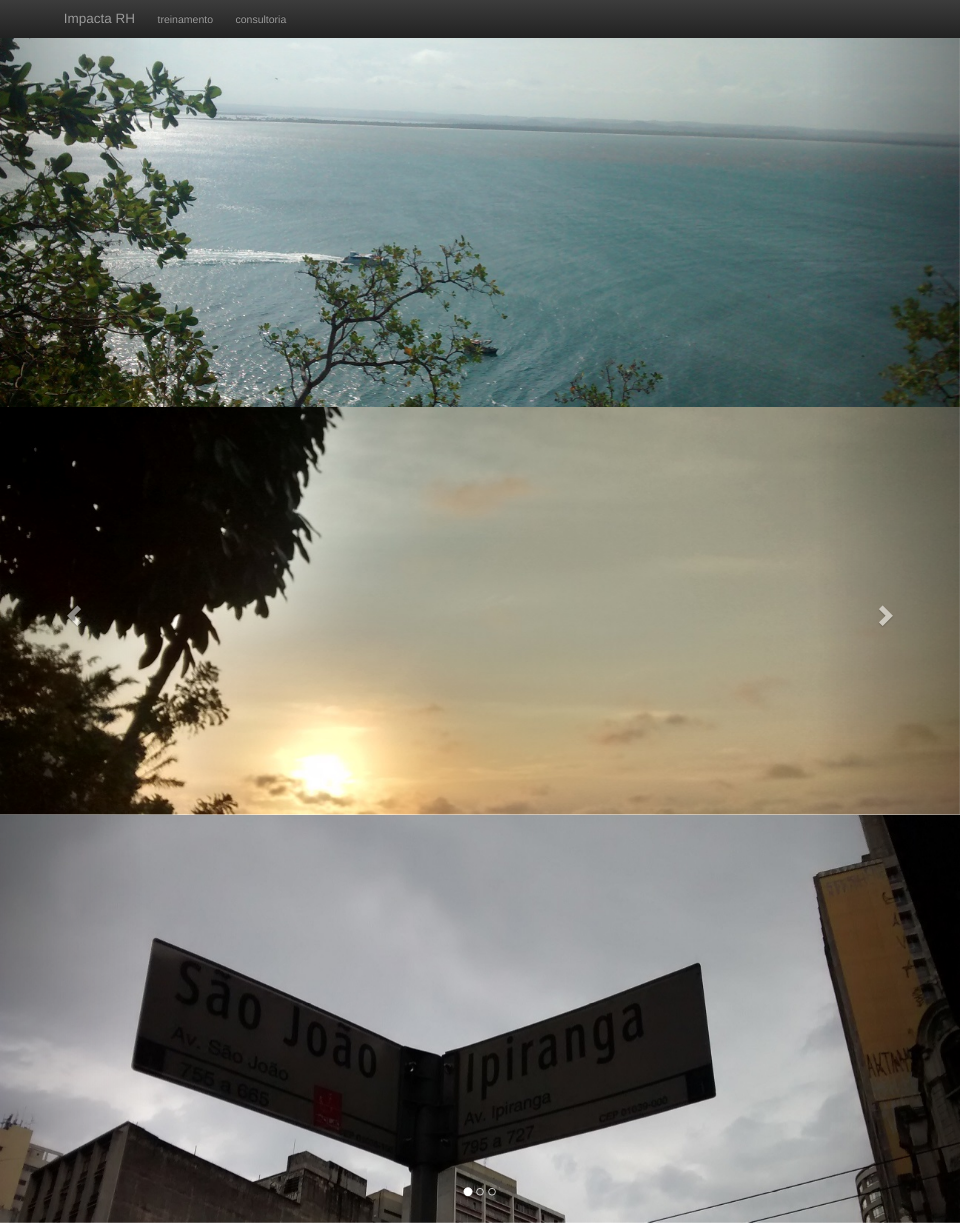
Repository: NicholasMaestrello/treinamento-impacta
Page: DesenvolvimentoJava/Modulo06/02_EmpresaRH/WebContent/produtos.html
The author's editor kept a copy of each file at every save. The page is drawn from the files as they stood at one save, then again after the next save.
The browser window is 1280 px wide. The page is 1295 px wide, so the pictures cover 1295 px, including what lies to the right of the window. The pictures show the whole page, at 75% of full size.
Some web libraries are served in a nearby version.

Above is the page before, as saved 2017-10-20 17:18:45.

After the next save:
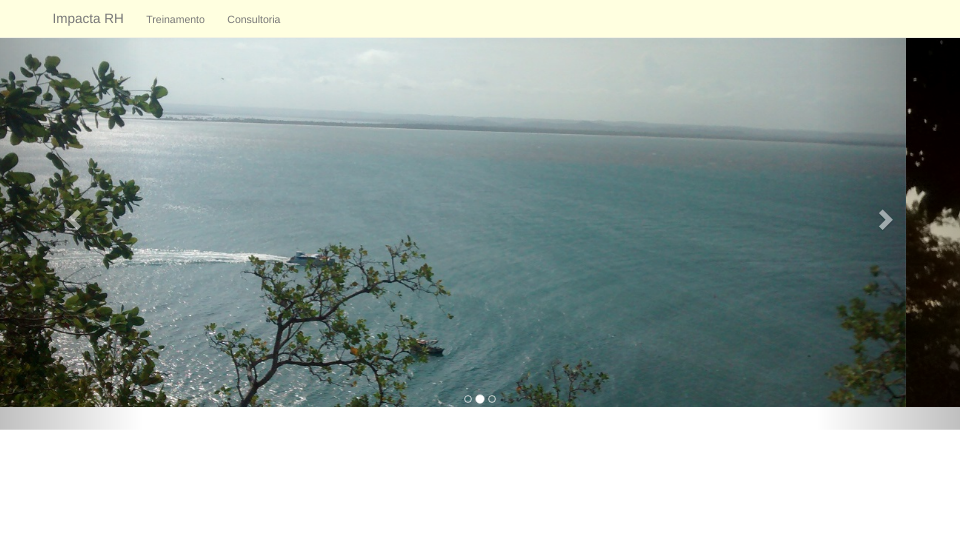
Saved 26 s later.
--- a/DesenvolvimentoJava/Modulo06/02_EmpresaRH/WebContent/produtos.html
+++ b/DesenvolvimentoJava/Modulo06/02_EmpresaRH/WebContent/produtos.html
@@ -1,70 +1,76 @@
 <!DOCTYPE html>
 <html>
 <head>
-<meta charset="UTF-8" />
-<meta name="viewport" content="width=device-width, initial-scale=1.0" />
-<title>Apresentação dos produtos</title>
-
-<link rel="stylesheet"
-	href="https://maxcdn.bootstrapcdn.com/bootstrap/3.3.7/css/bootstrap.min.css">
-<link rel="stylesheet"
-	href="https://maxcdn.bootstrapcdn.com/bootstrap/3.3.7/css/bootstrap-theme.min.css">
+<meta charset=UTF-8>
+<meta name="viewport" content="width=device-width, initial-scale=1.0">
+<title>Apresentação dos Produtos</title>
+<link rel="stylesheet" href="https://maxcdn.bootstrapcdn.com/bootstrap/3.3.7/css/bootstrap.min.css" >
 <link rel="stylesheet" href="css/produtos.css">
 </head>
 <body>
-
-	<div class="nabar navbar-inverse navbar-fixed-top">
+	<nav class="navbar navbar-default navbar-fixed-top" style="background-color: lightyellow;;">
 		<div class="container">
 			<div class="navbar-header">
-				<button type="button" class="navbar-toggle" data-toggle="collapse" data-target=".navbar-collapse" >
-					<span class="icon-bar"></span>
-					<span class="icon-bar"></span>
-					<span class="icon-bar"></span>
+				<button type="button" class="navbar-toggle"
+				 data-toggle="collapse"
+				 data-target=".navbar-collapse">
+				 <span class="icon-bar"></span>
+				 <span class="icon-bar"></span>
+				 <span class="icon-bar"></span>
 				</button>
 				<a class="navbar-brand" href="#">Impacta RH</a>
 			</div>
+
 			<div class="navbar-collapse collapse">
 				<ul class="nav navbar-nav">
-					<li><a href="#treinamento">treinamento</a></li>
-					<li><a href="#consultoria">consultoria</a></li>
+					<li><a href="#treinamento">Treinamento</a></li>
+					<li><a href="#consultoria">Consultoria</a></li>
 				</ul>
 			</div>
 		</div>
-	</div>
+	</nav>
 
 	<div class="row">
 		<div class="col-xs-12">
 			<div id="slides" class="carousel slide" data-ride="carousel">
 				<ol class="carousel-indicators">
-					<li data-target="#slides" data-slides-to="0" class="active"></li>
-					<li data-target="#slides" data-slides-to="1"></li>
-					<li data-target="#slides" data-slides-to="2"></li>
+					<li data-target="#slides" data-slide-to="0" class="active"></li>
+					<li data-target="#slides" data-slide-to="1"></li>
+					<li data-target="#slides" data-slide-to="2"></li>
 				</ol>
+
+				<!-- conteudo dos slides -->
 				<div class="carousel-inner" role="listbox">
 					<div class="item active">
-						<img src="imagens/carousel01.jpg">
+						 <img src="img/carousel01.jpg" />
 					</div>
-					<div class="item active">
-						<img src="imagens/carousel02.jpg">
+					<div class="item">
+						 <img src="img/carousel02.jpg" />
 					</div>
-					<div class="item active">
-						<img src="imagens/carousel03.jpg">
+					<div class="item">
+						 <img src="img/carousel03.jpg" />
 					</div>
 				</div>
-				<a class="left carousel-control" href="#slides" role="button" data-slide="prev">
-					<span class="glyphicon glyphicon-chevron-left" aria-hidden="true"></span>
-					<span class="sr-only">Anterior</span>
-				</a>
 
-				<a class="right carousel-control" href="#slides" role="button" data-slide="prev">
-					<span class="glyphicon glyphicon-chevron-right" aria-hidden="true"></span>
-					<span class="sr-only">Proxima</span>
-				</a>
+				<a class="left carousel-control" href="#slides" role="button"
+				 	data-slide="prev"><span class="glyphicon glyphicon-chevron-left" aria-hidden="true"></span>
+				 	<span class="sr-only">Anterior</span>
+				 </a>
+
+				 <a class="right carousel-control" href="#slides" role="button"
+				 	data-slide="next"><span class="glyphicon glyphicon-chevron-right" aria-hidden="true"></span>
+				 	<span class="sr-only">Próxima</span>
+				 </a>
+
+				<div class="container body-content clearfix">
+
+				</div>
+
 			</div>
 		</div>
 	</div>
 
-	<script src="https://ajax.googleapis.com/ajax/libs/jquery/1.12.4/jquery.min.js"></script>
-	<script src="https://maxcdn.bootstrapcdn.com/bootstrap/3.3.7/js/bootstrap.min.js"></script>
+<script type="text/javascript" src="https://code.jquery.com/jquery-3.2.1.min.js"></script>
+<script src="https://maxcdn.bootstrapcdn.com/bootstrap/3.3.7/js/bootstrap.min.js" ></script>
 </body>
 </html>
